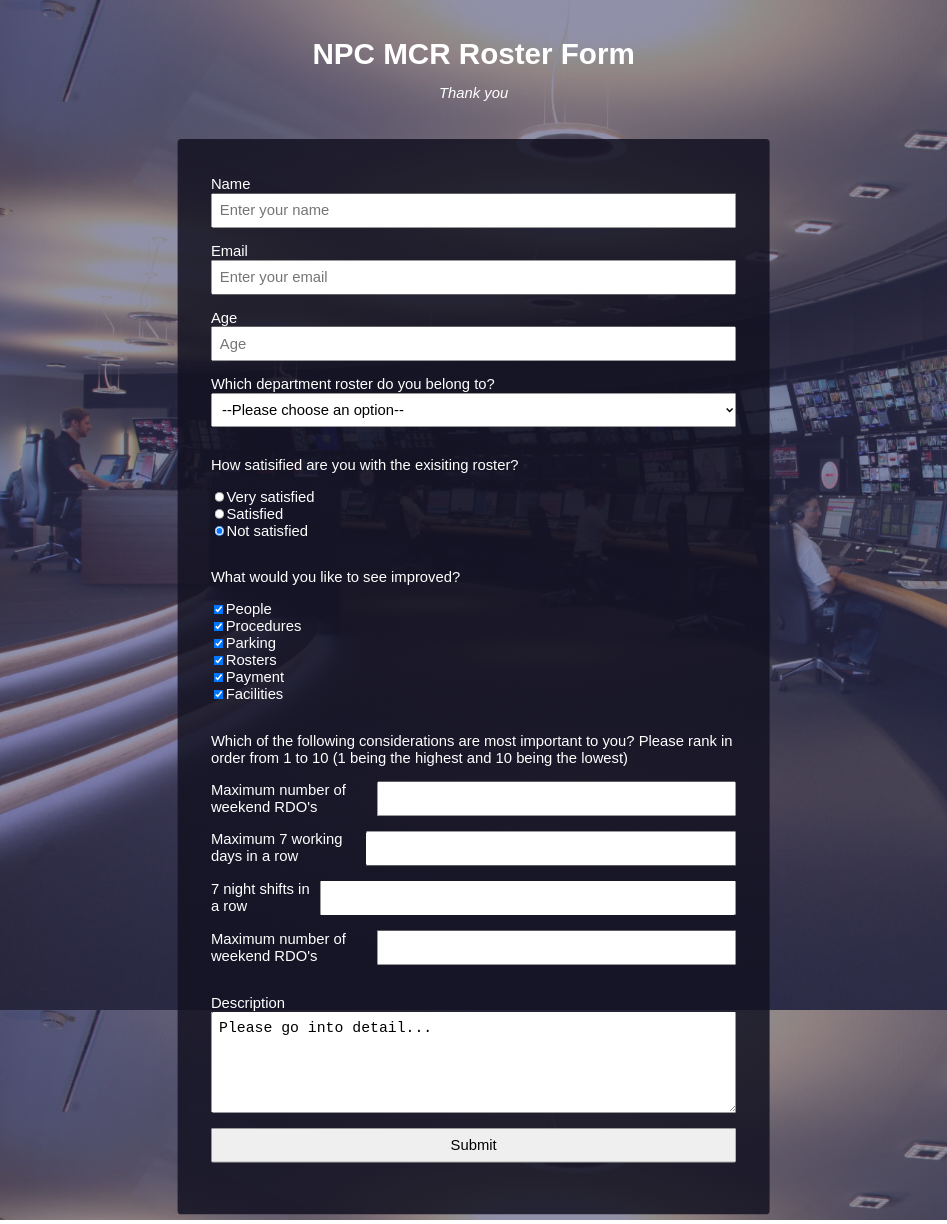
Repository: rvass/fcc-survey-form
Page: index.html
The author's editor kept a record of every edit. The page is drawn from the files as they stood at one moment, then again after the next edit.
The browser window is 1280 px wide. The pictures show the whole page, at 74% of full size.

Above is the page before.

### index.html
<!DOCTYPE html>
<html>
    <head>
        <title>NPC MCR Roster Form</title>
        <link rel="stylesheet" href="styles.css" type="text/css" />
    </head>
    <body>
        <header>
            <h1 id="title">NPC MCR Roster Form</h1>
            <p id="description">Thank you</p>
        </header>
        <form id="survey-form" action="mailto:rvass@npcmedia.com.au">
            <div>
                <label id="name-label" for="name">Name</label>
                <input type="text" placeholder="Enter your name" id="name">
            </div>
            <div>
                <label id="email-label" for="email">Email</label>
                <input type="email" placeholder="Enter your email" id="email">
            </div>

            <div>
                <label id="number-label" for="number">Age</label>
                <input type="number" min="10" max="100" placeholder="Age" id="number">
            </div>

            <div>
                <label for="dropdown">Which department roster do you belong to?</label>
                <select id="dropdown">
                    <option value="">--Please choose an option--</option>
                    <option value="MCR">MCR Team Lead</option>
                    <option value="MCR">MCR</option>
                    <option value="Pres">Presentation Supervisor</option>
                    <option value="MCR">Presentation</option>
                    <option value="Ingest">Ingest</option>
                    <option value="Engineering">Engineering</option>
                </select>
            </div>

            <div>
                <p>How satisified are you with the exisiting roster?</p>

                <label for="very-satisfied"><input type="radio" value="very-satisfied" id="very-satisfied" name="how-satisfied" checked/>Very satisfied</label>
                <label for="satisfied"><input type="radio" value="satisfied" id="satisfied" name="how-satisfied" checked/>Satisfied</label>
                <label for="not-satisfied"><input type="radio" value="not-satisfied" id="not-satisfied" name="how-satisfied" checked/>Not satisfied</label>
            </div>
            <div>
                <p>What would you like to see improved?</p>
                <label for="people"><input type="checkbox" id="people" value="people" name="improvements" checked/>People</label>
                <label for="procedures"><input type="checkbox" id="procedures" value="procedures"  name="improvements" checked/>Procedures</label>
                <label for="parking"><input type="checkbox" id="parking" value="parking" name="improvements" checked/>Parking</label>
                <label for="rosters"><input type="checkbox" id="rosters" value="rosters" name="improvements" checked/>Rosters</label>
                <label for="payment"><input type="checkbox" id="payment" value="payment" name="improvements" checked/>Payment</label>
                <label for="facilities"><input type="checkbox" id="facilities" value="facilities" name="improvements" checked/>Facilities</label>
            </div>

            <div>
                <p>Which of the following considerations are most important to you? Please rank in order from 1 to 10 (1 being the highest and 10 being the lowest)</p>

                <div class="considerations">
                    <label for="max-weekends">Maximum number of weekend RDO's</label>
                    <input type="number" name="priority" id="max-weekends">
                </div>
                <div class="considerations">
                    <label for="max-weekends">Maximum 7 working days in a row</label>
                    <input type="number" name="priority" id="max-weekends">
                </div>
                <div class="considerations">
                    <label for="max-weekends">7 night shifts in a row</label>
                    <input type="number" name="priority" id="max-weekends">
                </div>
                <div class="considerations">
                    <label for="max-weekends">Maximum number of weekend RDO's</label>
                    <input type="number" name="priority" id="max-weekends">
                </div>



            </div>

            <div>
                <label for="description">Description</label>
                <textarea id="description" name="description" rows="5" cols="33">Please go into detail...</textarea>
            </div>

            <div>
                <button type="submit" id="submit">Submit</button>
            </div>



        </form>
        <script type="text/javascript" src="https://cdn.freecodecamp.org/testable-projects-fcc/v1/bundle.js"></script>
    </body>
</html>

### styles.css
* {
    box-sizing: border-box;
}

html {
    color: white;
    font-family: arial;
    font-size: 20px;
}

body {
    background:
        linear-gradient(rgba(54, 53, 99, 0.55), rgba(54, 53, 99, 0.55)),
        url(background-image.jpg);
}

/*HEADER STYLES*/
header {
    text-align: center;
    margin: 50px 0;
}
header h1 {
    margin-bottom: 0px;
}
header p {
    font-style: italic;
}

/*FORM STYLES*/
#survey-form {
    background-color: black;
    background: linear-gradient(rgba(18, 17, 33, 0.85), rgba(18, 17, 33, 0.85));
    border-radius: 5px;
    display: flex;
    flex-direction: column;
    min-height: 100vh;
    margin: 0 auto;
    width: 800px;
    padding: 50px 45px;
}
#survey-form > div {
    display: flex;
    flex-direction: column;
    margin-bottom: 20px;
}
input, textarea, select, button {
    font-size: inherit;
    padding: 10px;
}


input[type=number] {
    width: 100%;
    /*font-size: 20px;*/

}

input[type=radio] {
    display: inline;
}

.considerations {
    display: flex;
    /*flex-direction: column;*/
    margin-bottom: 20px;
}

.considerations-wrapper > div {

}

After the next edit:
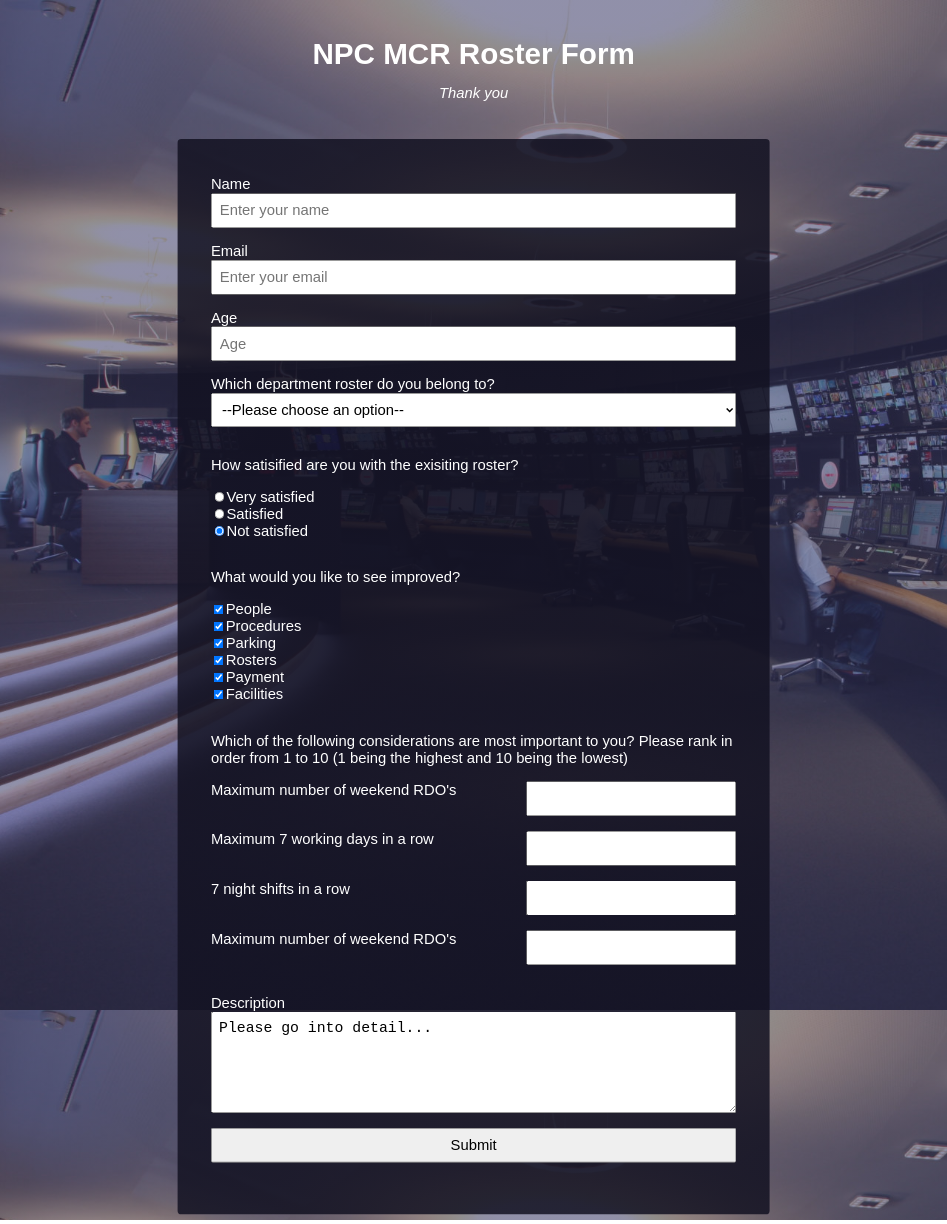
The edit:
--- a/styles.css
+++ b/styles.css
@@ -65,6 +65,9 @@
     margin-bottom: 20px;
 }
 
-.considerations-wrapper > div {
-
+.considerations label  {
+    flex: 0 1 60%;
 }
+.considerations input {
+    flex: 0 1 40%;
+}
